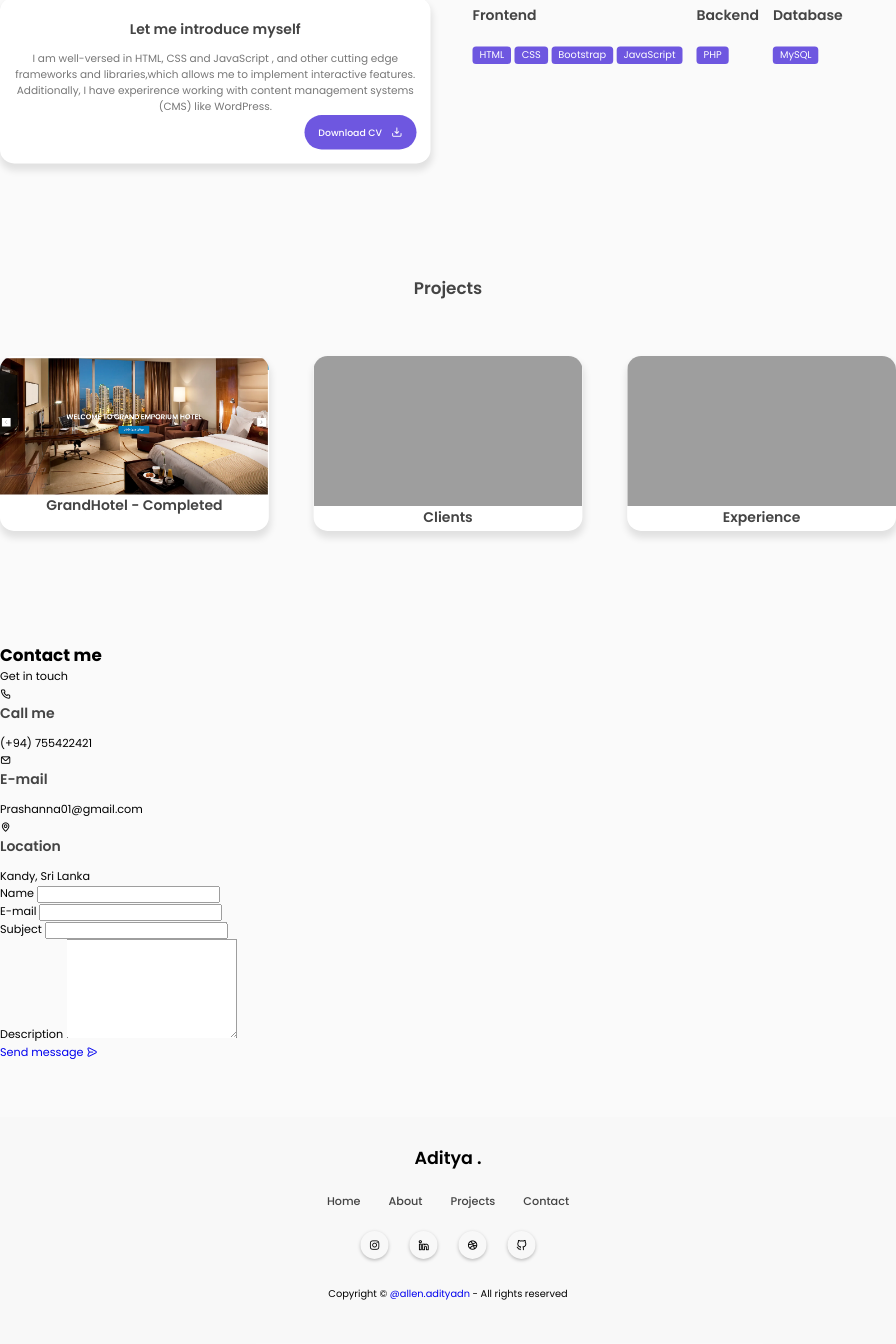
Repository: 4Kbrain/Portofolio
Page: index.html
The author's editor kept a copy of each file at every save. The page is drawn from the files as they stood at one save, then again after the next save.
The browser window is 1280 px wide. The pictures show the part of the page from y = 918 to 2838 px (the page is 2838 px tall before and 2815 px after), at 70% of full size.
Pictures or frames that could not be fetched are drawn as grey boxes.

Above is the page before, as saved 2024-05-15 16:32:31.
Console error: ReferenceError: ScrollReveal is not defined

After the next save:
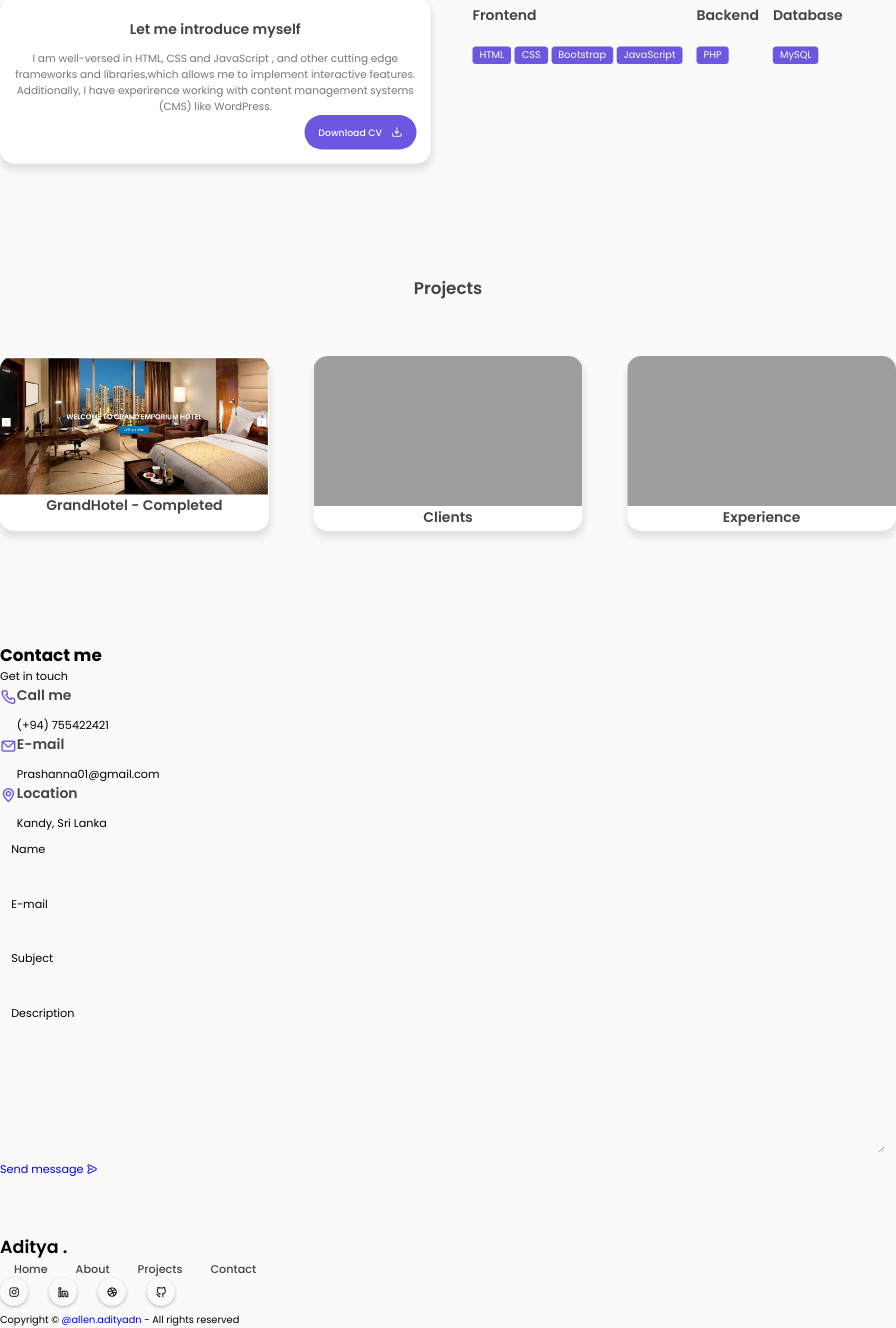
Saved 5 s later.
--- a/assets/css/style.css
+++ b/assets/css/style.css
@@ -385,6 +385,55 @@ h3{
 }
 
 /* Contact me */
+
+.contact__container {
+    row-gap: 3rem;
+  }
+
+  .contact__information {
+    display: flex;
+    margin-bottom: var(--mb-2);
+  }
+
+  .contact__icon {
+    font-size: 1.5rem;
+    color: var(--first-color);
+    margin-right: var(--mb-0-75);
+  }
+
+  .content__title {
+    font-size: var(--h3-font-size);
+    font-weight: var(--font-medium);
+  }
+
+  .contact__subtitle {
+    font-size: var(--small-font-size);
+    color: var(--text-color-light);
+  }
+
+  .contact__content {
+    background-color: var(--input-color);
+    border-radius: 0.5rem;
+    padding: 0.75rem 1rem 0.25rem;
+  }
+
+  .contact__label {
+    font-size: var(--smaller-font-size);
+    color: var(--title-color);
+  }
+
+  .contact__input {
+    width: 100%;
+    background-color: var(--input-color);
+    color: var(--text-color);
+    font-family: var(--body-font);
+    font-size: var(--normal-font-size);
+    border: none;
+    outline: none;
+    padding: 0.25rem 0.5rem 0.5rem 0;
+  }
+
+  Footer
 footer{
     display: flex;
     justify-content: center;
